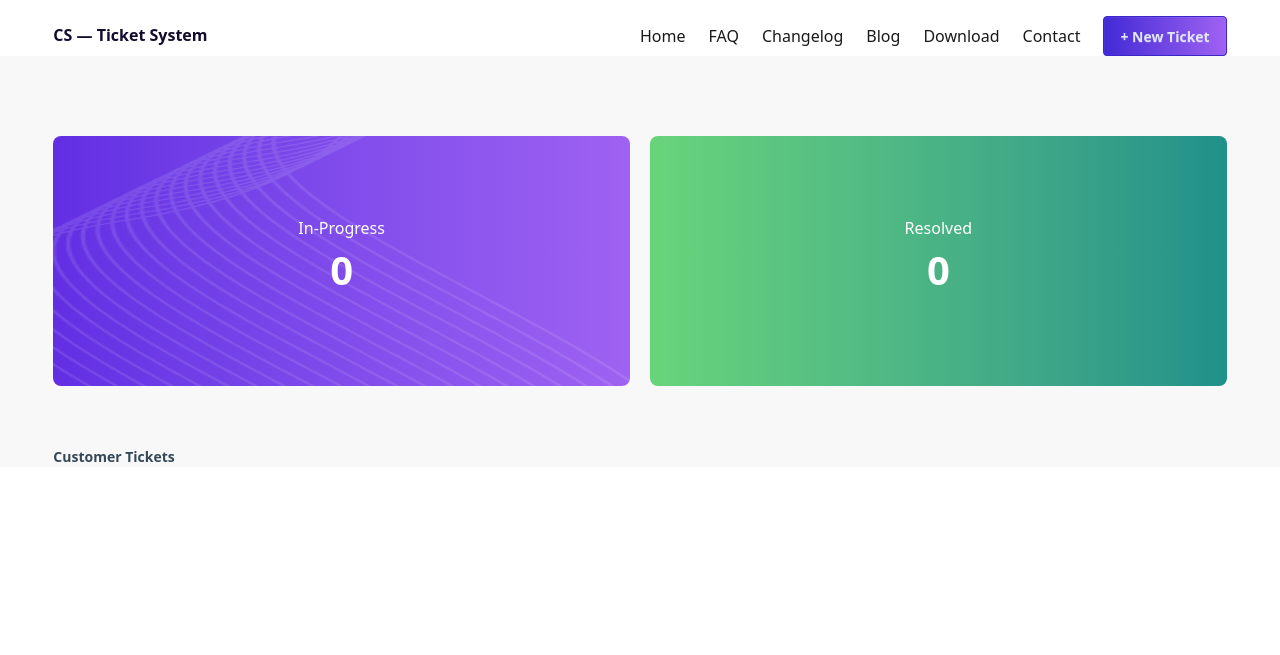
Repository: SanjidaSnigdha/Customer-Support-Zone
Page: /
These files come from the project's save history. The page is drawn as it stood at one moment and after the next save; the edit follows.
The browser window is 1280 px wide. The pictures show the whole page.
The project was rebuilt for these pictures with package versions that can differ from the ones it lists, and the page was loaded fresh each time. Also part of the build but not shown: vite.config.js, src/App.css.

Above is the page before, as saved 2026-03-24 03:17:37.

### index.html
<!doctype html>
<html lang="en">
  <head>
    <meta charset="UTF-8" />
    <link rel="icon" type="image/svg+xml" href="/favicon.svg" />
    <meta name="viewport" content="width=device-width, initial-scale=1.0" />
    <title>customer-support-zone</title>
  </head>
  <body>
    <div id="root"></div>
    <script type="module" src="/src/main.jsx"></script>
  </body>
</html>

### src/index.css
 @import "tailwindcss";
 @plugin "daisyui" {
  themes: light --default, dark --prefersdark;
  themes: light --default;
 }

### src/App.jsx
import { Suspense, useState } from 'react'
import './App.css'
import Navbar from './component/Navbar/Navbar'
import Banner from './component/Banner/Banner'
import CustomerTickets from './component/CustomerTickets/CustomerTickets'

const fetchTickets = async()=>{
  const res = await fetch("/customers.json")
  return res.json()
}

function App() {
  const customerPromise = fetchTickets()

  return (
    <>
    <div className='flex flex-col'>
   <Navbar></Navbar>
   <div className='flex-1 bg-base-200'>
    <Banner></Banner>
    <Suspense fallback={<span className="loading loading-spinner loading-xl"></span>
}>
          <CustomerTickets customerPromise={customerPromise}></CustomerTickets>

    </Suspense>
   </div>
   </div>

    </>
  )
}

export default App

### src/component/Navbar/Navbar.jsx
import React from 'react';

const Navbar = () => {
    return (
        <div className='flex justify-between w-11/12 mx-auto mt-4'>
            <div className='navbar-start'>
                <h1 className='w-[833px] h-[26px] font-bold text-[#130B2D]'>CS — Ticket System</h1>
            </div>
            <div className='navbar-end justify-between gap-3 text-[#000000]/90'>
                <a>Home</a>
                <a>FAQ</a>
                <a>Changelog</a>
                <a>Blog</a>
                <a>Download</a>
                <a>Contact</a>
         <button className='btn btn-primary bg-gradient-to-r from [#632EE3] to-[#9F62F2]'>+ New Ticket</button>
            </div>
        </div>
    );
};

export default Navbar;

### src/component/Banner/Banner.jsx
import React from 'react';
import vectorImg1 from '../../assets/vector1.png'
import vectorImg2 from '../../assets/vector2.png'

const Banner = () => {
    return (
        <div className='flex justify-between w-11/12 mx-auto mt-20 gap-5'>
            <div className='relative'>
             <img src={vectorImg1} alt="" className=' bg-gradient-to-r from-[#632EE3] to-[#9F62F2] w-[700px] h-[250px] rounded-[8px]'/>
             <p className='absolute text-center inset-20 text-[#FFFFFF]'>In-Progress<br /><span className='font-bold text-[#FFFFFF] text-[40px]'>
                0</span></p>

            </div>
            <div className='relative'>
      <img src={vectorImg2} alt="" className='bg-gradient-to-r from-[#54CF68] to-[#00827A] w-[700px] h-[250px] rounded-[8px]'/>
        <p className='absolute text-center inset-20 text-[#FFFFFF]'>Resolved<br /><span className='font-bold text-[#FFFFFF] text-[40px]'>
                0</span></p>

            </div>
        </div>
    );
};

export default Banner;

### src/component/CustomerTickets/CustomerTickets.jsx
import React, { use } from 'react';
const CustomerTickets = ({customerPromise}) => {
    const customerTicket = use(customerPromise)
    console.log(customerTicket)
    return (
        <div className='w-11/12 mx-auto'>
        <h1 className='font-semibold text-[#34485A] text-[14px] mt-15'>Customer Tickets</h1>
        </div>
    );
};

export default CustomerTickets;

### public/customers.json
[
  {
    "id": 1,
    "title": "Login Issue",
    "description": "Customer unable to login with correct credentials.",
    "customer": "Alice Johnson",
    "priority": "High",
    "status": "Open",
    "createdAt": "2026-03-20T10:15:00Z"
  },
  {
    "id": 2,
    "title": "Payment Failure",
    "description": "Transaction failed while trying to purchase subscription.",
    "customer": "Bob Smith",
    "priority": "High",
    "status": "Pending",
    "createdAt": "2026-03-21T14:22:00Z"
  },
  {
    "id": 3,
    "title": "Feature Request",
    "description": "Request to add dark mode in dashboard.",
    "customer": "Charlie Brown",
    "priority": "Medium",
    "status": "Open",
    "createdAt": "2026-03-22T09:30:00Z"
  },
  {
    "id": 4,
    "title": "Bug in Reports",
    "description": "Monthly report shows incorrect sales numbers.",
    "customer": "Diana Prince",
    "priority": "High",
    "status": "In Progress",
    "createdAt": "2026-03-22T11:45:00Z"
  },
  {
    "id": 5,
    "title": "Password Reset",
    "description": "Customer forgot password and cannot reset it via email.",
    "customer": "Ethan Hunt",
    "priority": "Medium",
    "status": "Resolved",
    "createdAt": "2026-03-23T08:10:00Z"
  },
  {
    "id": 6,
    "title": "Account Deactivation",
    "description": "Customer wants to deactivate account permanently.",
    "customer": "Fiona Gallagher",
    "priority": "Low",
    "status": "Pending",
    "createdAt": "2026-03-23T12:05:00Z"
  },
  {
    "id": 7,
    "title": "App Crash",
    "description": "Mobile app crashes when opening settings page.",
    "customer": "George Martin",
    "priority": "High",
    "status": "Open",
    "createdAt": "2026-03-24T07:50:00Z"
  },
  {
    "id": 8,
    "title": "Invoice Issue",
    "description": "Invoice generated shows wrong billing amount.",
    "customer": "Hannah Lee",
    "priority": "Medium",
    "status": "In Progress",
    "createdAt": "2026-03-24T09:30:00Z"
  },
  {
    "id": 9,
    "title": "Email Notifications",
    "description": "Customer not receiving notification emails.",
    "customer": "Ian Curtis",
    "priority": "Medium",
    "status": "Open",
    "createdAt": "2026-03-24T10:00:00Z"
  },
  {
    "id": 10,
    "title": "Data Export",
    "description": "Unable to export CSV from analytics dashboard.",
    "customer": "Jessica Alba",
    "priority": "Low",
    "status": "Resolved",
    "createdAt": "2026-03-24T11:15:00Z"
  }
]

Loaded but not shown: src/main.jsx (common file)

After the next save:
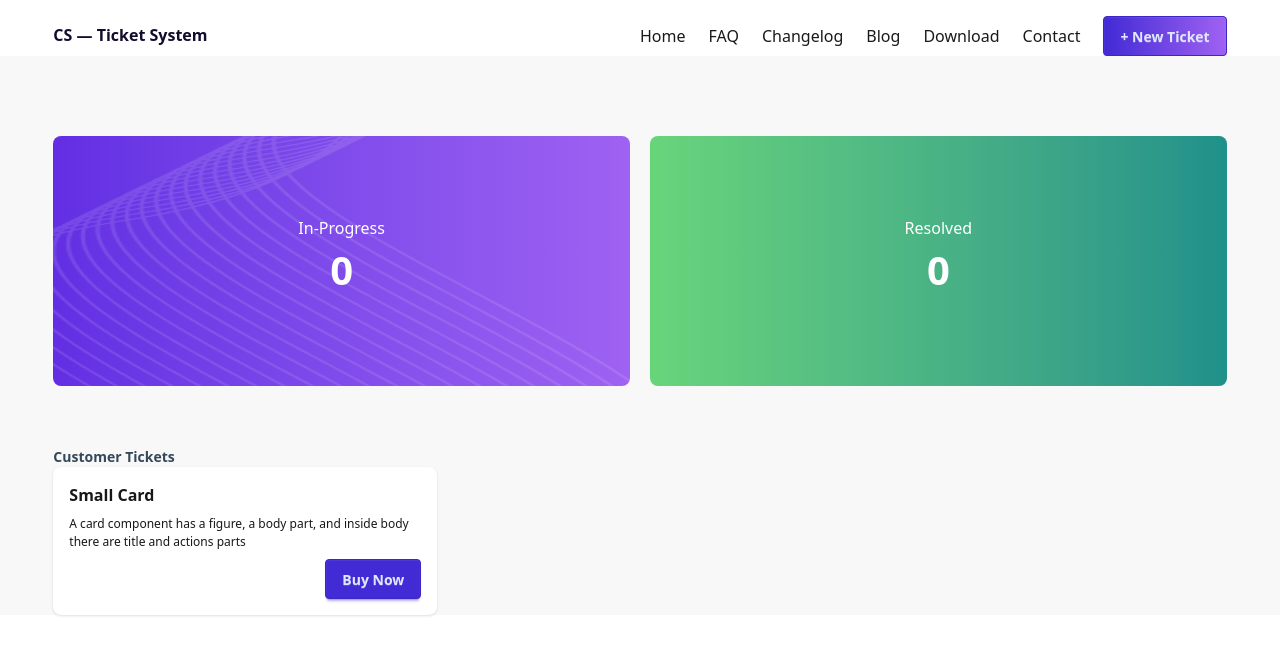
Saved 5 min 23 s later.
--- a/src/component/CustomerTickets/CustomerTickets.jsx
+++ b/src/component/CustomerTickets/CustomerTickets.jsx
@@ -5,6 +5,16 @@ const CustomerTickets = ({customerPromise}) => {
     return (
         <div className='w-11/12 mx-auto'>
         <h1 className='font-semibold text-[#34485A] text-[14px] mt-15'>Customer Tickets</h1>
+
+         <div className="card w-96 bg-base-100 card-sm shadow-sm">
+  <div className="card-body">
+    <h2 className="card-title">Small Card</h2>
+    <p>A card component has a figure, a body part, and inside body there are title and actions parts</p>
+    <div className="justify-end card-actions">
+      <button className="btn btn-primary">Buy Now</button>
+    </div>
+  </div>
+</div>
         </div>
     );
 };
